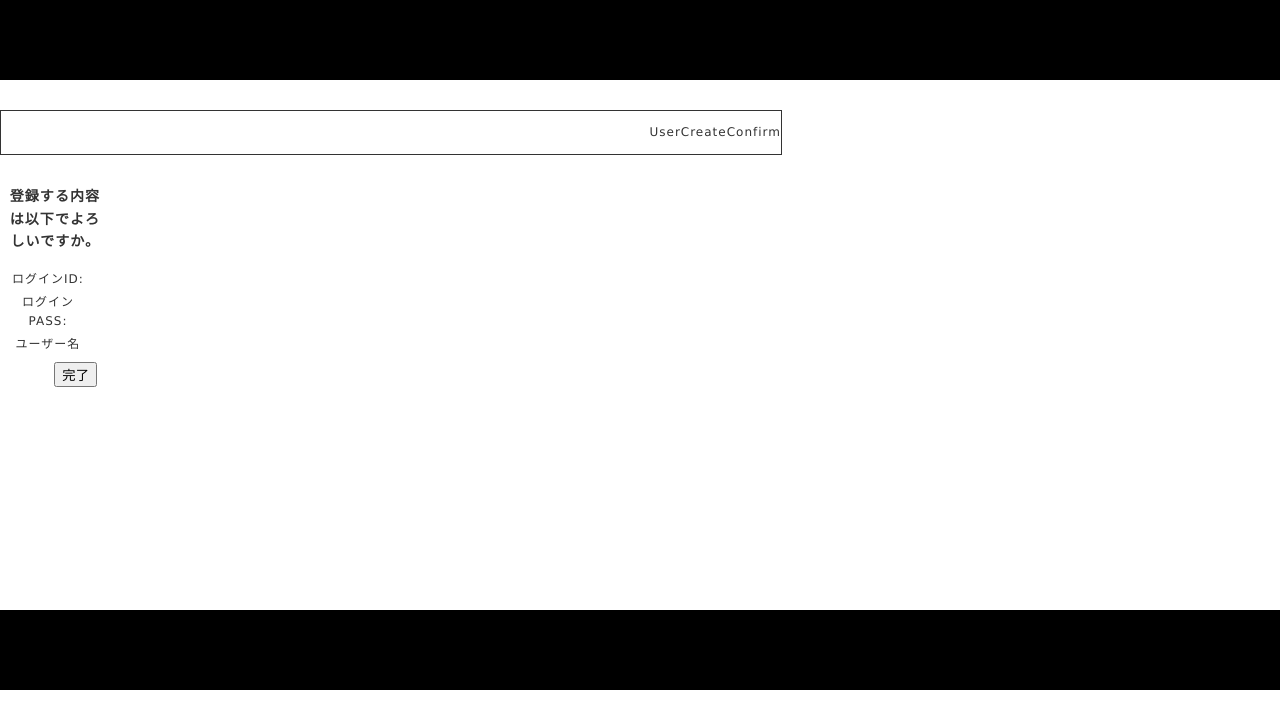
Repository: moe-irizuki/ecsite
Page: http://localhost/template/userCreateConfirm.jsp
The author's editor kept a copy of each file at every save. The page is drawn from the files as they stood at one save, then again after the next save.
The browser window is 1280 px wide. The pictures show the whole page.
The page is served by Tomcat 9. Other server files are loaded and not shown.

Above is the page before, as saved 2018-05-01 01:35:41.

### template/WebContent/userCreateConfirm.jsp
<%@ page language="java" contentType="text/html; charset=UTF-8"
    pageEncoding="UTF-8"%>
<%@ taglib prefix="s" uri="/struts-tags" %>
<!DOCTYPE html>
<html>
<head>
	<meta http-equiv="Content-Type" content="text/html; charset=UTF-8" />
	<meta http-equiv="Content-Style-Type" content="text/css" />
	<meta http-equiv="Content-Script-Type" content="text/javascript" />
	<meta name="description" content="" />
	<meta name="keywords" content="" />
	<title>UserCreateConfirm画面</title>

	<style type = "text/css">
	/* ========TAG LAYOUT======== */
		body{
			margin:0;
			padding:0;
			line-height:1.6;
			letter-spacing:1px;
			font-family:Verdana,Helvetica,sans-serif;
			font-size:12px;
			color:#333;
			background:#fff;
		}

		table{
			text-align:center;
			margin:0 auto;
		}
	/* ========ID LAYOUT======== */
		#top{
			width:780px;
			margin:30px auto;
			border:1px solid #333;
		}

		#header{
			width: 100%;
			height: 80px;
			background-color: black;
		}

		#main{
			width: 100px;
			height: 500px;
			text-align: right;
		}

		#footer{
			width: 100%;
			height: 80px;
			background-color: black;
			clear:both;
		}
	</style>
</head>
<body>
	<div id="header">
		<div id="pr">
		</div>
	</div>
	<div id="main">
		<div id="top">
			<p>UserCreateConfirm</p>
		</div>
		<div>
			<h3>登録する内容は以下でよろしいですか。</h3>
			<table>
				<s:form action="UserCreateCompleteAction">
				<tr id="box">
					<td>
						<label>ログインID:</label>
					</td>
					<td>
						<s:property value="loginUserId" escape="false" />
					</td>
				</tr>
				<tr id=box>
					<td>
						<label>ログインPASS:</label>
					</td>
					<td>
						<s:property value="loginPassword" escape="false" />
					</td>
				</tr>
				<tr id="box">
					<td>
						<label>ユーザー名</label>
					</td>
					<td>
						<s:property value="userName" escape="false" />
					</td>
				</tr>
				<tr>
					<td>
						<s:submit value="完了"/>
					</td>
				</tr>
				</s:form>
			</table>
		</div>
	</div>
<div id="footer">
	<div id="pr">
	</div>
</div>
</body>
</html>

After the next save:
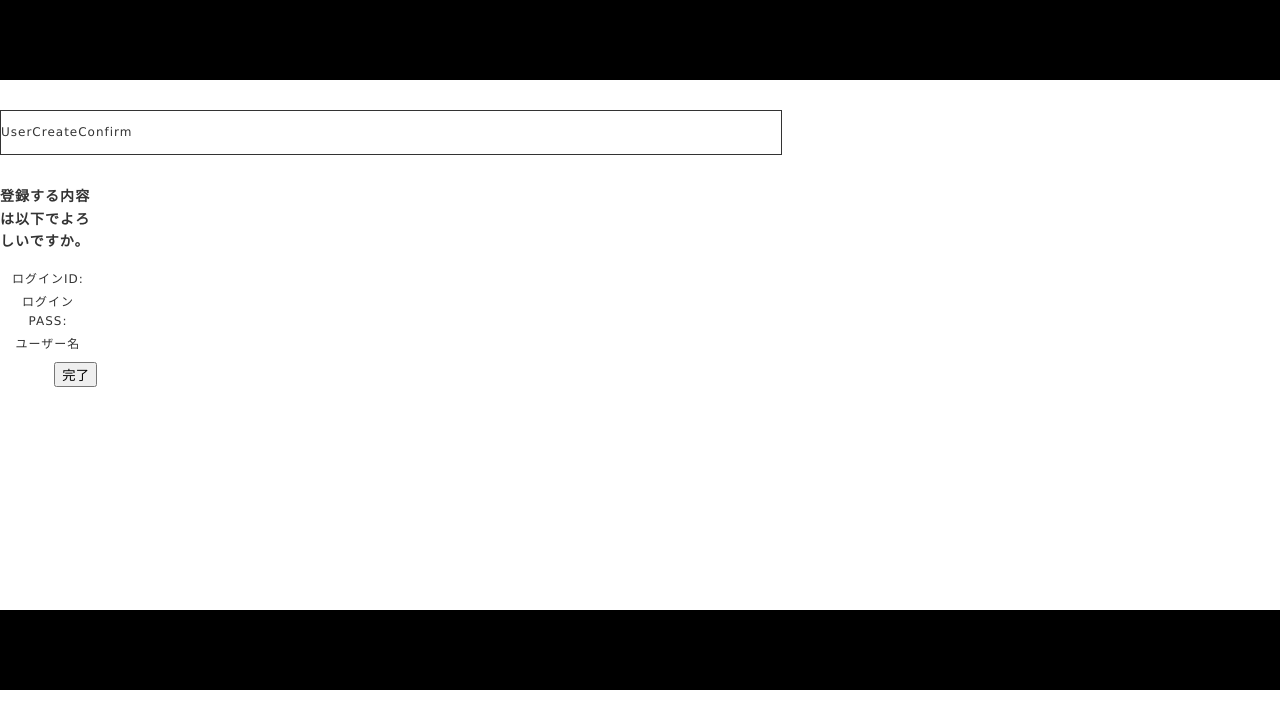
Saved 6 min 10 s later.
--- a/template/WebContent/userCreateConfirm.jsp
+++ b/template/WebContent/userCreateConfirm.jsp
@@ -44,7 +44,6 @@
 		#main{
 			width: 100px;
 			height: 500px;
-			text-align: right;
 		}
 
 		#footer{
